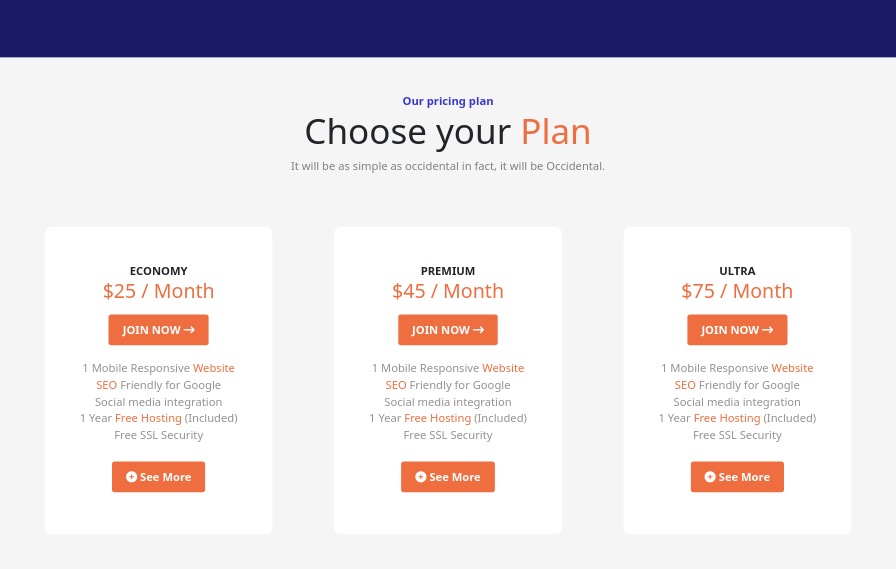
Repository: meherujjahan/Molti-website
Page: index.html
An editor plug-in stored every save of this project. The page is shown before and after the next save, followed by the edit.
The browser window is 1280 px wide. The pictures show the part of the page from y = 4416 to 6336 px (the page is 5229 px tall before and 6336 px after), at 70% of full size.
Some web libraries are served in a nearby version.

Above is the page before, as saved 2022-03-08 20:37:57.

### index.html
<!DOCTYPE html>
<html lang="en">
  <head>
    <meta charset="UTF-8" />
    <meta http-equiv="X-UA-Compatible" content="IE=edge" />
    <meta name="viewport" content="width=device-width, initial-scale=1.0" />

    <!-- bootstrap stylesheet -->
    <link
      href="https://cdn.jsdelivr.net/npm/bootstrap@5.1.3/dist/css/bootstrap.min.css"
      rel="stylesheet"
      integrity="sha384-1BmE4kWBq78iYhFldvKuhfTAU6auU8tT94WrHftjDbrCEXSU1oBoqyl2QvZ6jIW3"
      crossorigin="anonymous"
    />
    <!-- font awesome -->
    <script
      src="https://kit.fontawesome.com/c5589b6d71.js"
      crossorigin="anonymous"
    ></script>
    <!-- google font  -->
    <style>
      @import url("https://fonts.googleapis.com/css2?family=Roboto&display=swap");
    </style>
    <!-- CSS styleSheet -->
    <link rel="stylesheet" href="myStyle.css" />
    <title>Molti Wesite</title>
  </head>
  <body>
    <header>
      <div class="header">
        <div>
          <nav class="navbar navbar-expand-lg fw-bold navbar-light bg-light">
            <div class="container-fluid">
              <img class="logo-img" src="/Image/Molti-Logo.png" alt="" />
              <button
                class="navbar-toggler"
                type="button"
                data-bs-toggle="collapse"
                data-bs-target="#navbarNavDropdown"
                aria-controls="navbarNavDropdown"
                aria-expanded="false"
                aria-label="Toggle navigation"
              >
                <span class="navbar-toggler-icon"></span>
              </button>
              <div class="collapse navbar-collapse" id="navbarNavDropdown">
                <ul class="navbar-nav">
                  <li class="nav-item">
                    <a class="nav-link active" aria-current="page" href="#"
                      >Home</a
                    >
                  </li>
                  <li class="nav-item dropdown">
                    <a
                      class="nav-link dropdown-toggle"
                      href="#"
                      id="navbarDropdownMenuLink1"
                      role="button"
                      data-bs-toggle="dropdown"
                      aria-expanded="false"
                    >
                      Pages
                    </a>
                    <ul
                      class="dropdown-menu"
                      aria-labelledby="navbarDropdownMenuLink"
                    >
                      <li><a class="dropdown-item" href="#">Action</a></li>
                      <li>
                        <a class="dropdown-item" href="#">Another action</a>
                      </li>
                      <li>
                        <a class="dropdown-item" href="#"
                          >Something else here</a
                        >
                      </li>
                    </ul>
                  </li>
                  <li class="nav-item dropdown">
                    <a
                      class="nav-link dropdown-toggle"
                      href="#"
                      id="navbarDropdownMenuLink2"
                      role="button"
                      data-bs-toggle="dropdown"
                      aria-expanded="false"
                    >
                      Services
                    </a>
                    <ul
                      class="dropdown-menu"
                      aria-labelledby="navbarDropdownMenuLink"
                    >
                      <li><a class="dropdown-item" href="#">Action</a></li>
                      <li>
                        <a class="dropdown-item" href="#">Another action</a>
                      </li>
                      <li>
                        <a class="dropdown-item" href="#"
                          >Something else here</a
                        >
                      </li>
                    </ul>
                  </li>
                  <li class="nav-item dropdown">
                    <a
                      class="nav-link dropdown-toggle"
                      href="#"
                      id="navbarDropdownMenuLink3"
                      role="button"
                      data-bs-toggle="dropdown"
                      aria-expanded="false"
                    >
                      Blogs
                    </a>
                    <ul
                      class="dropdown-menu"
                      aria-labelledby="navbarDropdownMenuLink"
                    >
                      <li><a class="dropdown-item" href="#">Action</a></li>
                      <li>
                        <a class="dropdown-item" href="#">Another action</a>
                      </li>
                      <li>
                        <a class="dropdown-item" href="#"
                          >Something else here</a
                        >
                      </li>
                    </ul>
                  </li>
                  <li class="nav-item dropdown">
                    <a
                      class="nav-link dropdown-toggle"
                      href="#"
                      id="navbarDropdownMenuLink4"
                      role="button"
                      data-bs-toggle="dropdown"
                      aria-expanded="false"
                    >
                      Portfolio
                    </a>
                    <ul
                      class="dropdown-menu"
                      aria-labelledby="navbarDropdownMenuLink"
                    >
                      <li><a class="dropdown-item" href="#">Action</a></li>
                      <li>
                        <a class="dropdown-item" href="#">Another action</a>
                      </li>
                      <li>
                        <a class="dropdown-item" href="#"
                          >Something else here</a
                        >
                      </li>
                    </ul>
                  </li>
                  <li class="nav-item dropdown">
                    <a
                      class="nav-link dropdown-toggle"
                      href="#"
                      id="navbarDropdownMenuLink5"
                      role="button"
                      data-bs-toggle="dropdown"
                      aria-expanded="false"
                    >
                      Header & Footer
                    </a>
                    <ul
                      class="dropdown-menu"
                      aria-labelledby="navbarDropdownMenuLink"
                    >
                      <li><a class="dropdown-item" href="#">Action</a></li>
                      <li>
                        <a class="dropdown-item" href="#">Another action</a>
                      </li>
                      <li>
                        <a class="dropdown-item" href="#"
                          >Something else here</a
                        >
                      </li>
                    </ul>
                  </li>
                  <li class="nav-item">
                    <a class="nav-link active" aria-current="page" href="#"
                      >Elements</a
                    >
                  </li>
                  <li>
                    <button class="btn">GET STARTED</button>
                  </li>
                </ul>
              </div>
            </div>
          </nav>
        </div>
      </div>
    </header>
    <main>
      <!-- Banner section -->
      <section>
        <div class="Banner">
          <div class="Banner-text">
            <b>CREATIVE MARKETING</b>
            <h1>
              Get Your Professional <br />
              Website Done With <span>Molti</span>
            </h1>
            <p>
              At vero eos et accusamus iusto odio dignissimos ducimus qui
              blanditiis <br />
              praesentium voluptatum deleniti atque corrupti quos at dolores
              molestias <br />
              excepturi sint occaecati cupiditate.
            </p>
            <div class="Banner-btn">
              <button>ABOUT US</button><button>OUR SERVICES</button>
            </div>
          </div>
          <div>
            <img
              class="Banner-img"
              src="Image/Hero-Illustration-Molti.png"
              alt=""
            />
          </div>
        </div>
      </section>
      <!-- services section -->
      <section>
        <div class="services">
          <div class="service-text">
            <h1>Our <span>Services</span></h1>
            <p>
              Maecenas tempus tellus eget condimentum rhoncus sem quam <br />
              semper libero pulvinar hendrerit id lorem.
            </p>
          </div>

          <div class="service-card">
            <div class="single-card">
              <img src="/Image/Web-Design.png" alt="" />
              <h3>Web Design</h3>
              <p>
                Et harum quidem rerum facilis <br />
                expedita distinctio nam libero <br />
                tempore cum quibusdam nobis.
              </p>
              <i class="fa-solid icon fa-arrow-right-long"></i>
            </div>
            <div class="single-card">
              <img src="/Image/web-developement.png" alt="" />
              <h3>Web Development</h3>
              <p>
                Et harum quidem rerum facilis <br />
                expedita distinctio nam libero <br />
                tempore cum quibusdam nobis.
              </p>
              <i class="fa-solid icon fa-arrow-right-long"></i>
            </div>
            <div class="single-card">
              <img src="/Image/molti-hosting-service.png" alt="" />
              <h3>Web Hosting</h3>
              <p>
                Et harum quidem rerum facilis <br />
                expedita distinctio nam libero <br />
                tempore cum quibusdam nobis.
              </p>
              <i class="fa-solid icon fa-arrow-right-long"></i>
            </div>
          </div>
        </div>
      </section>
      <!-- ABOUT US SECTION -->
      <section>
        <div class="aboutUs">
          <div class="about-text">
            <h1>About <span>Us</span></h1>
            <p>
              Maecenas tempus tellus eget condimentum rhoncus sem quam <br />
              semper libero pulvinar hendrerit id lorem.
            </p>
          </div>
          <div class="aboutUs-card">
            <div class="aboutUs-single-card">
              <div class="aboutUs-1stCard">
                <h3>
                  We’re <span>Passionate</span> About <br />
                  Creating beautiful
                  <span
                    >web <br />
                    Projects</span
                  >
                  for people
                </h3>
                <p>
                  At vero eos accusamus iusto odio dignissim <br />
                  ducimus a blandi praesentium voluptatum <br />
                  deleniti.
                </p>
                <button class="aboutUs-btn">
                  ABOUT US <i class="fa-solid icon2 fa-arrow-right-long"></i>
                </button>
              </div>
            </div>
            <div class="aboutUs-single-card">
              <img src="Image/Our-Mission.png" alt="" />
              <h5>OUR MISSION</h5>
              <p>
                At vero eos accusamus iusto odio dignissim <br />
                ducimus a blandi praesentium voluptatum <br />
                deleniti atque corrupti quos dolores et quas <br />
                molestias excepturi sit occaecati cupiditate <br />
                provident similique sunt.
              </p>
            </div>
            <div class="aboutUs-single-card">
              <img src="Image/Our-Vision.png" alt="" />
              <h5>OUR VISION</h5>
              <p>
                At vero eos accusamus iusto odio dignissim <br />
                ducimus a blandi praesentium voluptatum <br />
                deleniti atque corrupti quos dolores et quas <br />
                molestias excepturi sit occaecati cupiditate <br />
                provident similique sunt.
              </p>
            </div>
          </div>
        </div>
      </section>
      <!-- WORK PROCESS SECTION -->
      <section>
        <div class="work-process">
          <div class="workProcess-text">
            <h2>Our Process of Work</h2>
            <p></p>
          </div>
          <div class="WP-all-card">
            <div class="WP-card">
              <div class="WP-single-card">
                <div>
                  <img src="Image/Strategy.png" alt="" />
                </div>
                <div>
                  <h4>Strategy</h4>
                  <p class="WP-text-border">
                    Your content goes here. Edit or remove <br />
                    this text inline or in the module Content <br />
                    settings. You can also style every aspect <br />
                    of this content in the module Design <br />
                    settings.
                  </p>
                </div>
              </div>
              <div class="WP-single-card">
                <div>
                  <img src="Image/Design.png" alt="" />
                </div>
                <div>
                  <h4>Design</h4>
                  <p>
                    Your content goes here. Edit or remove <br />
                    this text inline or in the module Content <br />
                    settings. You can also style every aspect <br />
                    of this content in the module Design <br />
                    settings.
                  </p>
                </div>
              </div>
            </div>
            <div>
              <img src="Image/Work-Process.png" alt="" />
            </div>
            <div>
              <div class="WP-card">
                <div class="WP-single-card">
                  <div>
                    <img src="Image/Development-icon.png" alt="" />
                  </div>
                  <div>
                    <h4>Development</h4>
                    <p class="WP-text-border">
                      Your content goes here. Edit or remove <br />
                      this text inline or in the module Content <br />
                      settings. You can also style every aspect <br />
                      of this content in the module Design <br />
                      settings.
                    </p>
                  </div>
                </div>
                <div class="WP-single-card">
                  <div>
                    <img src="Image/UA-Testing.png" alt="" />
                  </div>
                  <div>
                    <h4>UA Testing</h4>
                    <p>
                      Your content goes here. Edit or remove <br />
                      this text inline or in the module Content <br />
                      settings. You can also style every aspect <br />
                      of this content in the module Design <br />
                      settings.
                    </p>
                  </div>
                </div>
              </div>
            </div>
          </div>
        </div>
      </section>
      <!------------------
         FEATURE SECTION
        ------------------->
      <section>
        <div class="features">
          <div class="feature-text">
            <h1>Our<span> Features</span></h1>
            <p>
              Maecenas tempus tellus eget condimentum rhoncus sem quam <br />
              semper libero pulvinar hendrerit id lorem.
            </p>
          </div>
          <div>
            <div class="feature-banner">
              <div>
                <img src="Image/Easy-Work-Process.png" alt="" />
              </div>
              <div class="feature-banner-text">
                <img src="Image/Work-Process (1).png" alt="" />

                <h4>EASY WORK PROCESS</h4>

                <p>
                  Your content goes here. Edit or remove this text inline or in
                  the module <br />
                  Content settings. You can also style every aspect of this
                  content in the <br />
                  module Design settings and even apply custom CSS to this text
                  in the <br />
                  module Advanced settings.
                </p>
              </div>
            </div>
            <div class="feature-banner">
              <div class="feature-banner-text">
                <img src="Image/Team-Icon.png" alt="" />

                <h4>MANAGED TEAM WORK</h4>

                <p>
                  Your content goes here. Edit or remove this text inline or in
                  the module <br />
                  Content settings. You can also style every aspect of this
                  content in the <br />
                  module Design settings and even apply custom CSS to this text
                  in the <br />
                  module Advanced settings.
                </p>
              </div>
              <div>
                <img src="Image/Marketing.png" alt="" />
              </div>
            </div>
            <div class="feature-banner">
              <div>
                <img src="Image/Managed-Team-Work.png" alt="" />
              </div>
              <div class="feature-banner-text">
                <img src="Image/Marketing-icon.png" alt="" />

                <h4>MARKETING ANALYSIS</h4>

                <p>
                  Your content goes here. Edit or remove this text inline or in
                  the module <br />
                  Content settings. You can also style every aspect of this
                  content in the <br />
                  module Design settings and even apply custom CSS to this text
                  in the <br />
                  module Advanced settings.
                </p>
              </div>
            </div>
          </div>
        </div>
      </section>
      <!----------------
         BUSINESS SECTION
        ------------------>
      <section>
        <div class="business">
          <div class="business-text">
            <h1>
              Best Solutions for your <br />
              <span>Business</span>
            </h1>
            <p>
              To achieve this, it would be necessary to have uniform grammar,
              pronunciation and more common that of <br />
              the individual languages.
            </p>
            <div>
              <div class="business-icon">
                <div>
                  <img src="Image/Projects.png" alt="" />
                  <h1>3581</h1>
                  <h6>Projects</h6>
                </div>
                <div>
                  <img src="Image/Clients.png" alt="" />
                  <h1>3581</h1>
                  <h6>No. of Clients</h6>
                </div>
                <div>
                  <img src="Image/Coffees.png" alt="" />
                  <h1>3581</h1>
                  <h6>Cups of Coffees</h6>
                </div>
                <div>
                  <img src="Image/Awards.png" alt="" />
                  <h1>3581</h1>
                  <h6>Awards</h6>
                </div>
              </div>
            </div>
          </div>
        </div>
      </section>
      <!-----------------
          CHOOSE PLAN
        --------------->
      <section>
        <div class="choosePlan">
          <div class="choosePlan-text">
            <b>Our pricing plan</b>
            <h1>Choose your <span>Plan</span></h1>
            <p>
              It will be as simple as occidental in fact, it will be Occidental.
            </p>
          </div>
          <div class="choosePlan-card">
            <div class="choosePlan-single-card">
              <b>ECONOMY</b>
              <h3>$25 / Month</h3>
              <button>
                JOIN NOW <i class="fa-solid fa-arrow-right-long"></i>
              </button>
              <p>
                1 Mobile Responsive
                <span>
                  Website <br />
                  SEO
                </span>
                Friendly for Google <br />Social media integration <br />1 Year
                <span> Free Hosting </span> (Included) <br />Free SSL Security
              </p>
              <button><i class="fa-solid fa-circle-plus"></i> See More</button>
            </div>
            <div class="choosePlan-single-card">
              <b>PREMIUM</b>
              <h3>$45 / Month</h3>
              <button>
                JOIN NOW <i class="fa-solid fa-arrow-right-long"></i>
              </button>
              <p>
                1 Mobile Responsive
                <span>
                  Website <br />
                  SEO
                </span>
                Friendly for Google <br />Social media integration <br />1 Year
                <span> Free Hosting </span> (Included) <br />Free SSL Security
              </p>
              <button><i class="fa-solid fa-circle-plus"></i> See More</button>
            </div>
            <div class="choosePlan-single-card">
              <b>ULTRA</b>
              <h3>$75 / Month</h3>
              <button>
                JOIN NOW <i class="fa-solid fa-arrow-right-long"></i>
              </button>
              <p>
                1 Mobile Responsive
                <span>
                  Website <br />
                  SEO
                </span>
                Friendly for Google <br />Social media integration <br />1 Year
                <span> Free Hosting </span> (Included) <br />Free SSL Security
              </p>
              <button><i class="fa-solid fa-circle-plus"></i> See More</button>
            </div>
          </div>
        </div>
      </section>
    </main>
  </body>
</html>

Loaded but not shown: myStyle.css (434 lines, source omitted)

After the next save:
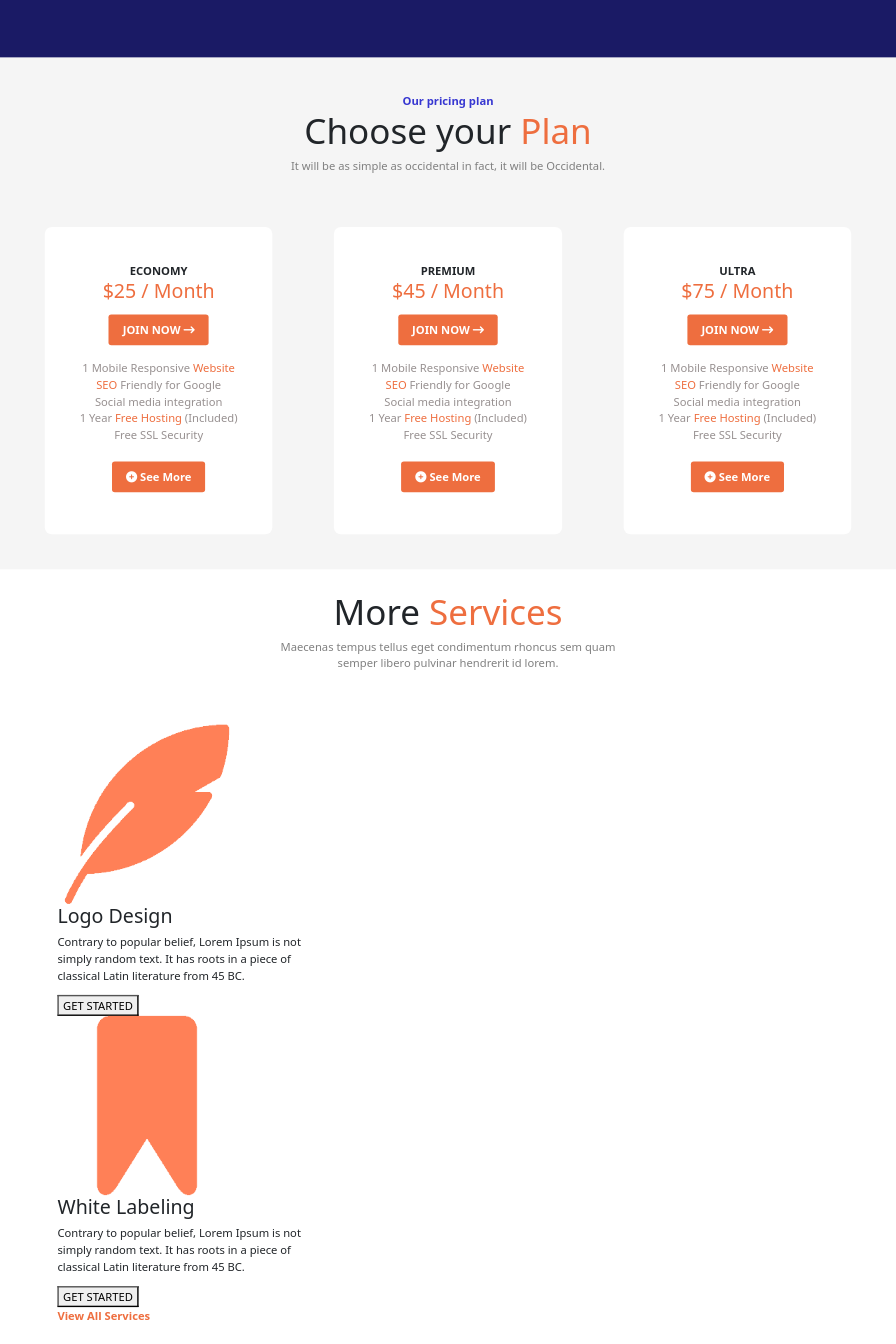
Saved 65 s later.
--- a/index.html
+++ b/index.html
@@ -592,6 +592,51 @@
           </div>
         </div>
       </section>
+      <!-----------------------
+         MORE SERVICES SECTION
+       ------------------------>
+      <section>
+        <div class="container">
+          <div class="choosePlan-text">
+            <h1>More <span> Services</span></h1>
+            <p>
+              Maecenas tempus tellus eget condimentum rhoncus sem quam <br />
+              semper libero pulvinar hendrerit id lorem.
+            </p>
+          </div>
+          <div class="morePlan-card">
+            <div class="morePlan-single-card">
+              <div>
+                <img src="Image/Molti-Logo-Design.png" alt="" />
+              </div>
+              <div>
+                <h3>Logo Design</h3>
+                <p>
+                  Contrary to popular belief, Lorem Ipsum is not <br />
+                  simply random text. It has roots in a piece of <br />
+                  classical Latin literature from 45 BC.
+                </p>
+                <button>GET STARTED</button>
+              </div>
+            </div>
+            <div class="morePlan-single-card">
+              <div>
+                <img src="Image/Molti-White-Label.png" alt="" />
+              </div>
+              <div>
+                <h3>White Labeling</h3>
+                <p>
+                  Contrary to popular belief, Lorem Ipsum is not <br />
+                  simply random text. It has roots in a piece of <br />
+                  classical Latin literature from 45 BC.
+                </p>
+                <button>GET STARTED</button>
+              </div>
+            </div>
+          </div>
+          <b class="choosePlan-text"> <span>View All Services</span> </b>
+        </div>
+      </section>
     </main>
   </body>
 </html>
